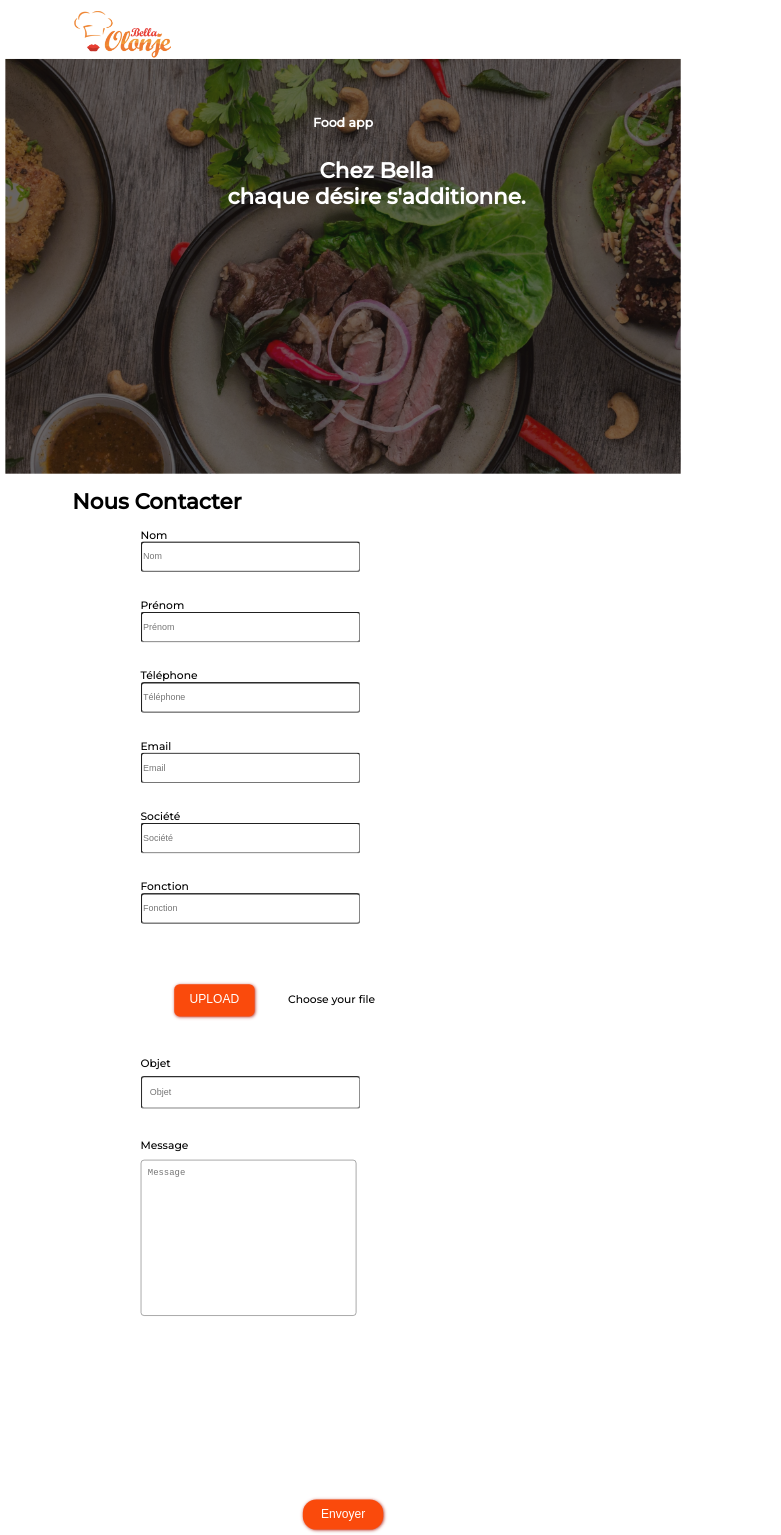
Repository: Ahlam-belhadj/bella-olange
Page: index3.html
These files come from the project's save history. The page is drawn as it stood at one moment and after the next save; the edit follows.
The browser window is 1024 px wide. The page is 1166 px wide, so the pictures cover 1166 px, including what lies to the right of the window. The pictures show the whole page, at 67% of full size.
Pictures or frames that could not be fetched are drawn as grey boxes.

Above is the page before, as saved 2023-02-14 15:23:30.

### index3.html
<!DOCTYPE html>
<html lang="en">

<head>
    <meta charset="UTF-8">
    <meta http-equiv="X-UA-Compatible" content="IE=edge">
    <meta name="viewport" content="width=device-width, initial-scale=1.0">
    <link rel="stylesheet" href="style3.css">
    <script src="https://www.google.com/recaptcha/api.js" async defer></script>
    <title>Bella olanje</title>
</head>

<body>
    <header>
        <nav>
            <div class="logo"><img  class="logo" src="image/logo_bella_olonje.png" alt="logo"></div>
            <ul>
                <li><a href="#" class="nav-link">Home</a></li>
                <li><a href="#" class="nav-link">Pizza</a></li>
                <li><a href="#" class="nav-link">Burgers</a></li>
                <li><a href="#" class="nav-link">Salade</a></li>
                <li><a href="#" class="nav-link">Contact</a></li>

            </ul>
            <div class="icon_navbar">
                <label for="click" class="menu-btn">
                  <i class="fas fa-bars"></i>
                </label>
            </div>
          </nav>

        <div class="title">
            <div class="texte">
                <h3>Food app</h3>
                <h1>Chez Bella <br>
                    chaque désire s'additionne.</h1>
            </div>
        </div>
    </header>
    <main>
    <div class="information">
        <form>
            <h1>Nous Contacter</h1>
            <div class="commande">
                <div class="info1">
                    <div class="label">
                        <label>Nom</label>
                        <br>
                        <input type="text" placeholder="Nom">
                    </div>
                    <div class="label">
                        <label>Prénom</label>
                        <br>
                        <input type="text" placeholder="Prénom">
                    </div>
                </div>
                <div class="info2">
                    <div class="label">
                        <label>Téléphone</label>
                        <br>
                        <input type="text" placeholder="Téléphone">
                    </div>
                    <div class="label">
                        <label>Email</label>
                        <br>
                        <input type="email" placeholder="Email">
                    </div>
                </div>
                <div class="info1">
                    <div class="label">
                        <label>Société</label>
                        <br>
                        <input type="text" placeholder="Société">
                    </div>
                    <div class="label">
                        <label>Fonction</label>
                        <br>
                        <input type="email" placeholder="Fonction">
                    </div>
                </div>

            </div>
        </form>
    </div>


    <div class="chose">
        <div class="div_button">
            <button class="button1" type="button">UPLOAD</button>
            <p>Choose your file</p>
        </div>
    </div>

    <div>
        <div class="g-recaptcha" data-sitekey="6Lff4ygkAAAAABA1RWNuq8ewgkRZaDD-yAWqFs1t"></div>
    </div>

    <div class="grp_choose">
        <div class="choose_message">
            <div class="label_choose">
                <label>Objet</label><br>
                <input type="text" placeholder="Objet">
            </div>
            <div class="label_message">
                <label>Message</label><br>
                <textarea placeholder="Message"></textarea>
            </div>
        </div>
    </div>


    <div class="maps">
        <iframe
            src="https://www.google.com/maps/embed?pb=!1m18!1m12!1m3!1d6464.54830951471!2d2.4294808287259815!3d48.785241545980085!2m3!1f0!2f0!3f0!3m2!1i1024!2i768!4f13.1!3m3!1m2!1s0x47e67344bd2d57f1%3A0x2a84a845271b523a!2sAFPA!5e0!3m2!1sfr!2sfr!4v1674668360985!5m2!1sfr!2sfr"
            width="600" height="450" style="border:0;" allowfullscreen="" loading="lazy"
            referrerpolicy="no-referrer-when-downgrade"></iframe>
    </div>


    <div class="button1">
        <button class="button">Envoyer</button>
    </div>
</main>
</body>

</html>

### style3.css
@import url('https://fonts.googleapis.com/css2?family=Montserrat:wght@100;200;500&display=swap');

body {
    font-family: Montserrat, sans-serif;
}


.logo {
    height: 80px;
}

nav {
    display: flex;
    height: 80px;
    width: 100%;
    background: white;
    align-items: center;
    justify-content: space-between;
    padding: 0 50px 0 100px;
    flex-wrap: wrap;
}

nav .logo {
    color: #fff;
    font-size: 20px;
    text-transform: uppercase;
    text-decoration: none;
}

nav a {
    color: #fff;
    text-decoration: none;
}

nav ul {
    display: flex;
    flex-wrap: wrap;
    list-style: none;

}

nav ul li {
    margin: 0 5px;
}

nav ul li a {
    color: black;
    text-decoration: none;
    font-size: 16px;
    font-weight: 500;
    padding: 8px 15px;
    border-radius: 5px;
    letter-spacing: 1px;
    transition: all 0.3s ease;
}

nav .icon_navbar {
    display: flex;
}



nav .menu-btn i {
    color: #050505;
    font-size: 22px;
    cursor: pointer;

}

input[type="checkbox"] {
    display: none;
}

@media (max-width: 1000px) {
    nav {
        padding: 0 40px 0 50px;
    }

    nav .logo {
        color: #fff;
        font-size: 16px;
        text-transform: uppercase;
    }
}

@media (max-width: 1250px) {
    nav .menu-btn i {
        display: block;
    }

    #click:checked~.menu-btn i:before {
        content: "\f00d";
    }

    nav ul {
        position: fixed;
        top: 80px;
        right: -100%;
        background: #C81100;
        height: 100vh;
        width: 60%;
        text-align: center;
        display: block;
        transition: all 0.3s ease;
    }

    #click:checked~ul {
        right: 0;
    }

    nav ul li {
        width: 100%;
        margin: 40px 0;
    }

    nav ul li a {
        width: 100%;
        display: block;
        font-size: 20px;
        transition: 0.6s cubic-bezier(0.68, -0.55, 0.265, 1.55);
    }

    #click:checked~ul li a {
        margin-left: 0px;
    }

    nav ul li a.active,
    nav ul li a:hover {
        background: none;
        color: #1E1E1E;
    }
}

.title {
    background-image: url(image/Rectangle\ 48.png);
    height: 619px;
    background-repeat: no-repeat;
    background-position: center;
    background-size: cover;



}

.texte {
    color: white;
    display: flex;
    align-items: center;
    justify-content: center;
    flex-direction: column;
    text-align: center;
    height: 50%;
}

/* header */

h1 {
    padding-left: 100px;
}


h2 {
    text-align: center;
    padding-bottom: 20px;
}

.info1 {
    display: flex;
    justify-content: space-around;
    padding-right: 100px;
}

.info2 {
    display: flex;
    justify-content: space-around;
    padding-right: 100px;
}

input {
    width: 320px;
    height: 40px;
    border-radius: 5px;
    margin-bottom: 40px;

}


.maps {
    display: flex;

    padding-left: 200px;
}

iframe {
    width: 941px;
    height: 500px;
    left: 100px;
    top: 1875px;

}


/* button */
button {
    border: 0;
    line-height: 2.5;
    width: 120px;
    padding: 0 18px;
    font-size: 18px;
    text-align: center;
    color: #fff;
    border-radius: 20px;
    background-color: #FA4A0C;
    box-shadow: 1px 1px 5px #B73227;


}

.button1 {
    display: flex;
    justify-content: end;
    margin: 50px 0px 35px 100px;
    border-radius: 8px;
}

p {
    margin-top: 63px;
    margin-left: 50px;
}

.btn {
    display: flex;
}


.div_button {
    padding: 50px 0px 35px 100px;
    display: flex;
}

/* button */


.chose {
    display: flex;
}

.grp_choose {
    padding-left: 200px;
}

.label_choose input {
    width: 938px;
    height: 35px;
    margin-bottom: 20px;
    margin-top: 10px;
    padding: 5px 12px;
    color: grey;
    border-radius: 5px;
    border-color: gray;
}

.label_message {
    padding-top: 25px;
}

textarea {
    width: 938px;
    height: 141px;
    margin-bottom: 20px;
    color: grey;
    border-color: gray;
    margin-top: 12px;
    padding: 10px 10px 80px;
    outline: none;
    border-radius: 5px;
    resize: none;
}

.g-recaptcha {
    padding-left: 200px;
    margin-bottom: 60px;
}

@media (max-width:650px) {
    .info1 {
        display: flex;
        flex-direction: column;
        padding-left: 15%;
    }

    .info2 {
        display: flex;
        flex-direction: column;
        padding-left: 15%;
    }
    .chose {

        padding-left: 20%;
      }

    .div_button {
        padding: 0px;
    }

    .g-recaptcha {
        margin-top: 40px;
        padding-left: 20%;
    }

    .grp_choose {
        /* padding-left: 0px; */
        padding-left: 15%;
    }

    .label_choose input {
        width: 300px;
    }

    textarea {
        width: 300px;
    }

    .maps {
        padding-left: 0px;
    }

    iframe {
        width: 400px;
        height: 200px;
        top: 1875px;
        padding-left: 10%;

    }

    .button1 {

        justify-content: center;
        margin: 50px 0px 0px 0px;

      }
}

@media screen and (min-width:651px) and (max-width:1199px) {

    .info1 {
        display: flex;
        flex-direction: column;
        padding-left: 20%;
    }

    .info2 {
        display: flex;
        flex-direction: column;
        padding-left: 20%;
    }
    .chose {

        padding-left: 25%;
      }

    .div_button {
        padding: 0px;
    }

    .g-recaptcha {
        margin-top: 40px;
        padding-left: 15%;
    }

    .grp_choose {

        padding-left: 20%;
    }

    .label_choose input {
        width: 300px;
    }

    textarea {
        width: 300px;
    }

    .maps {
        padding-left: 0px;
    }

    iframe {
        width: 400px;
        height: 200px;
        top: 1875px;
        padding-left: 15%;

    }

    .button1 {

        justify-content: center;
        margin: 50px 0px 0px 0px;

      }



}

After the next save:
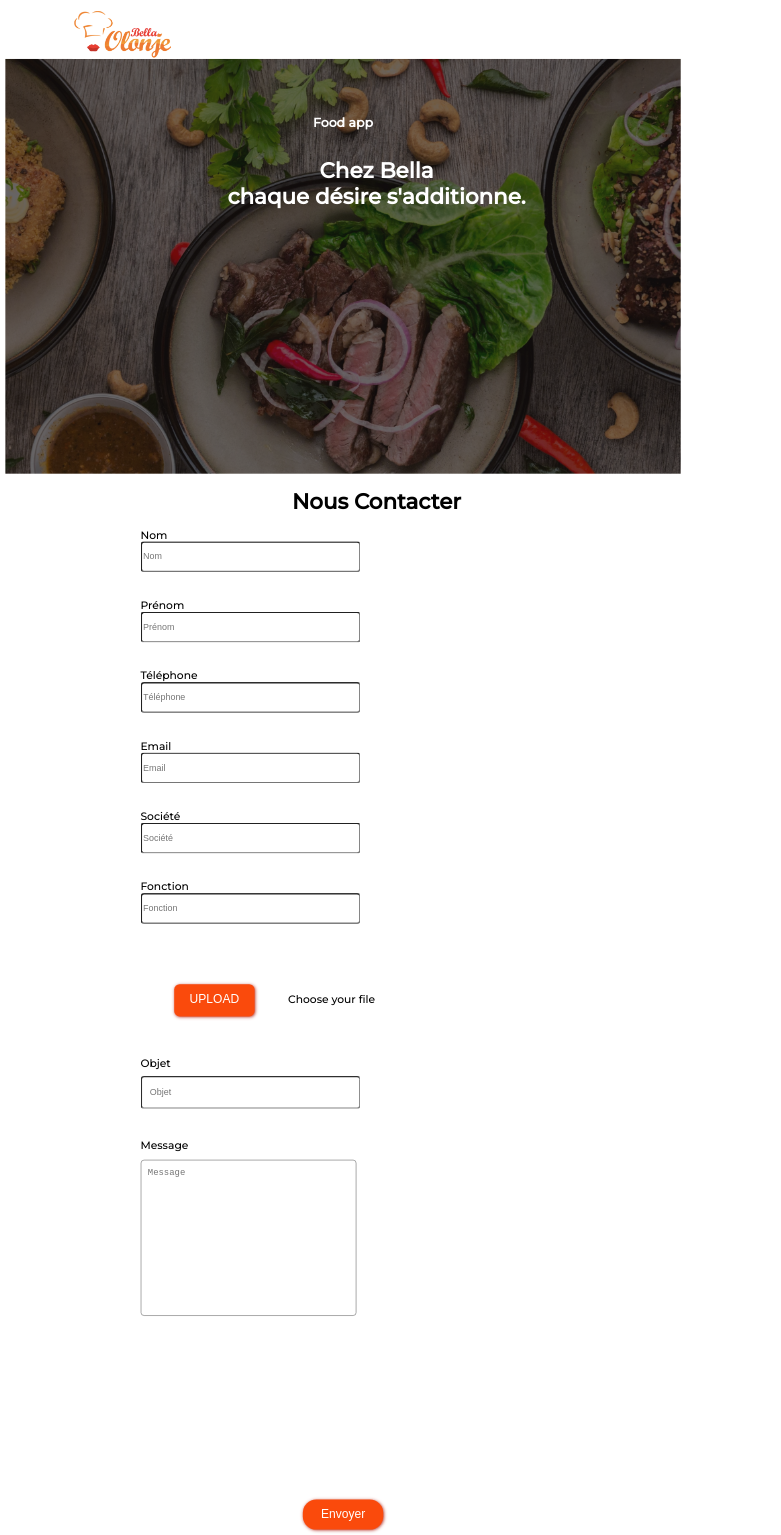
Saved 4 min 47 s later.
--- a/style3.css
+++ b/style3.css
@@ -399,7 +399,9 @@ textarea {
         margin: 50px 0px 0px 0px;
 
       }
-
-
-
-}
+      h1 {
+        text-align: center;
+      }
+
+
+}
